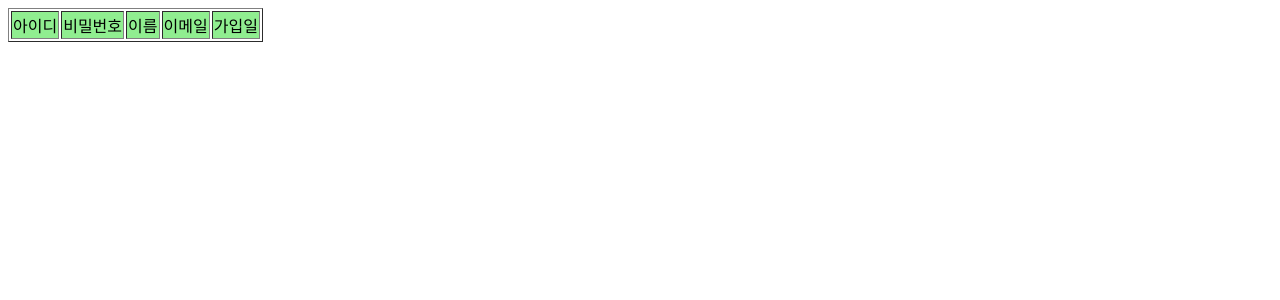
Repository: javaLearner13/servlet
Page: http://localhost/pro07/member2_2
The author's editor kept a copy of each file at every save. The page is drawn from the files as they stood at one save, then again after the next save.
The browser window is 1280 px wide. The pictures show the whole page.
The page is served by Tomcat 9. Other server files are loaded and not shown. Queries for data that is not in the repository find no rows.

Above is the page before, as saved 2023-02-16 01:58:09.

### pro07/src/sec02/ex02/MemberServlet.java
package sec02.ex02;

import java.io.IOException;
import java.io.PrintWriter;
import java.sql.Date;
import java.util.List;

import javax.servlet.ServletException;
import javax.servlet.annotation.WebServlet;
import javax.servlet.http.HttpServlet;
import javax.servlet.http.HttpServletRequest;
import javax.servlet.http.HttpServletResponse;

@WebServlet("/member2_2")
public class MemberServlet extends HttpServlet {
	private static final long serialVersionUID = 1L;

	protected void doGet(HttpServletRequest request, HttpServletResponse response) throws ServletException, IOException {
		// TODO Auto-generated method stub
//		response.getWriter().append("Served at: ").append(request.getContextPath());
//		request.setCharacterEncoding("utf-8"); // ...
		response.setContentType("text/html;charset=utf-8"); //need this so Korean letters show correctly
		PrintWriter out = response.getWriter();
		MemberDAO dao = new MemberDAO();
		List<MemberVO> list = dao.listMembers();

		out.print("<html><body>");
		out.print("<table border=1><tr align='center' bgcolor='lightgreen'>");
		out.print("<td>아이디</td><td>비밀번호</td><td>이름</td><td>이메일</td><td>가입일</td></tr>");

		for(int i=0;i<list.size();i++) {
			MemberVO memberVO = list.get(i);
			String id = memberVO.getId();
			String pwd = memberVO.getPwd();
			String name = memberVO.getName();
			String email = memberVO.getEmail();
			Date joinDate = memberVO.getJoinDate();
			out.print("<tr><td>"+id+"</td><td>"+pwd+"</td><td>"+name+"</td><td>"+email+"</td><td>"+joinDate+"</td></tr>");

		}
		out.print("</table></body></html>");

	}

}

### pro07/src/sec02/ex02/MemberDAO.java
package sec02.ex02;
//import java.sql.Statement;
//import java.sql.Connection;
//import java.sql.Date;
//import java.sql.DriverManager;
//import java.sql.ResultSet;
import java.sql.*;
import java.util.ArrayList;
import java.util.List;

import javax.naming.Context;
import javax.naming.InitialContext;
import javax.sql.DataSource;

public class MemberDAO {
	/*
	 * private static final String driver = "oracle.jdbc.OracleDriver"; private
	 * static final String url = "jdbc:oracle:thin:@localhost:1521:xe"; private
	 * static final String user = "owen"; private static final String pwd = "12345";
	 */

	private PreparedStatement pstmt;
	private Connection con;
	private DataSource dataFactory;

	public MemberDAO() {
		try {
			Context ctx = new InitialContext();
			Context envContext = (Context) ctx.lookup("java:/comp/env");
			dataFactory = (DataSource) envContext.lookup("jdbc/oracle");
		}catch(Exception e) {
			e.printStackTrace();
		}
	}

	public List<MemberVO> listMembers(){

		List<MemberVO> list = new ArrayList</* MemberVO */>();
		try {
//			connDB();
			con = dataFactory.getConnection();
			String query = "select * from t_member ";
			System.out.println("prepareStatement: "+query);

			pstmt = con.prepareStatement(query);
			ResultSet rs = pstmt.executeQuery(query);

			while(rs.next()) {
				String id = rs.getString("id");
				String pwd = rs.getString("pwd");
				String name = rs.getString("name");
				String email = rs.getString("email");
				Date joinDate = rs.getDate("joinDate");

				MemberVO vo = new MemberVO();
				vo.setId(id);
				vo.setPwd(pwd);
				vo.setName(name);
				vo.setEmail(email);
				vo.setJoinDate(joinDate);
				list.add(vo);
			}
			rs.close();
			pstmt.close();
			con.close();

		} catch(Exception e) {
			e.printStackTrace(); //in case of error, prints what kind
		}

		return list;
	}

	public void addMember(MemberVO memberVO) {
		try {
			con = dataFactory.getConnection();
			String id = memberVO.getId();
			String pwd = memberVO.getPwd();
			String name = memberVO.getName();
			String email = memberVO.getEmail();

			String query = "insert into t_member";
			query += " (id,pwd,name,email)";
			query += " values(?,?,?,?)";
			System.out.println("prepareStatement: "+query);
			pstmt = con.prepareStatement(query);
			pstmt.setString(1, id);
			pstmt.setString(2, pwd);
			pstmt.setString(3, name);
			pstmt.setString(4, email);
			pstmt.executeUpdate();
			pstmt.close();
		} catch (Exception e) {
			e.printStackTrace();
		}
	}

	public void delMember(String id) {
		try {
			con = dataFactory.getConnection();

			String query = "delete from t_member" + " where id = ?";
			System.out.println("prepareStatement: "+query);
			pstmt = con.prepareStatement(query);
			pstmt.setString(1, id);
			pstmt.executeUpdate();
			pstmt.close();

		}catch(Exception e) {
			e.printStackTrace();
		}
	}

	/*
	 * private void connDB() { try { Class.forName(driver);
	 * System.out.println("Oracle 드라이버 로딩 성공"); con =
	 * DriverManager.getConnection(url, user, pwd);
	 * System.out.println("Connection 생성 성공");
	 *
	 * } catch (Exception e) { e.printStackTrace(); } }
	 */
}

After the next save:
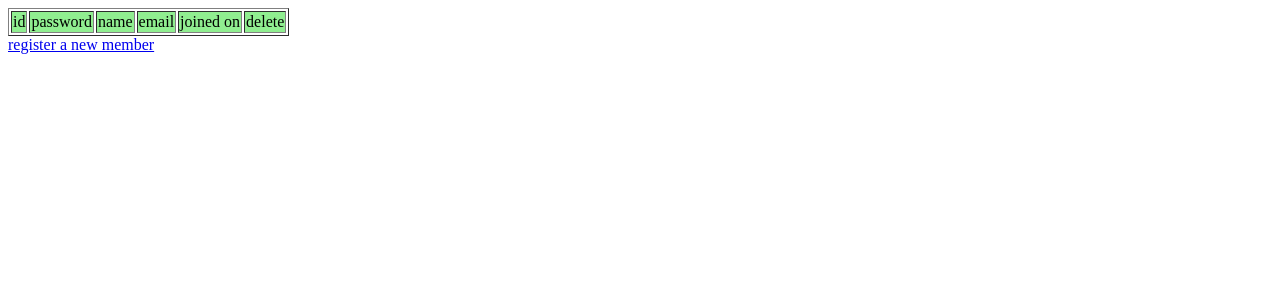
Saved 10 min 40 s later.
--- a/pro07/src/sec02/ex02/MemberServlet.java
+++ b/pro07/src/sec02/ex02/MemberServlet.java
@@ -15,30 +15,58 @@ import javax.servlet.http.HttpServletResponse;
 public class MemberServlet extends HttpServlet {
 	private static final long serialVersionUID = 1L;
 
-	protected void doGet(HttpServletRequest request, HttpServletResponse response) throws ServletException, IOException {
-		// TODO Auto-generated method stub
-//		response.getWriter().append("Served at: ").append(request.getContextPath());
-//		request.setCharacterEncoding("utf-8"); // ...
-		response.setContentType("text/html;charset=utf-8"); //need this so Korean letters show correctly
+	protected void doGet(HttpServletRequest request, HttpServletResponse response)
+			throws ServletException, IOException {
+		doHandle(request, response);
+	}
+
+	protected void doPost(HttpServletRequest request, HttpServletResponse response)
+			throws ServletException, IOException {
+		doHandle(request, response);
+	}
+
+	protected void doHandle(HttpServletRequest request, HttpServletResponse response)
+			throws ServletException, IOException {
+		request.setCharacterEncoding("utf-8");
+		response.setContentType("text/html;charset=utf-8");
+		MemberDAO dao = new MemberDAO();
 		PrintWriter out = response.getWriter();
-		MemberDAO dao = new MemberDAO();
+		String command = request.getParameter("command");
+
+		if (command != null && command.equals("addMember")) {
+			String _id = request.getParameter("id");
+			String _pwd = request.getParameter("pwd");
+			String _name = request.getParameter("name");
+			String _email = request.getParameter("email");
+			MemberVO vo = new MemberVO();
+			vo.setId(_id);
+			vo.setPwd(_pwd);
+			vo.setName(_name);
+			vo.setEmail(_email);
+			dao.addMember(vo);
+
+		}else if(command!=null&&command.equals("delMember")) {
+			String id = request.getParameter("id");
+			dao.delMember(id);
+
+		}
 		List<MemberVO> list = dao.listMembers();
-
 		out.print("<html><body>");
 		out.print("<table border=1><tr align='center' bgcolor='lightgreen'>");
-		out.print("<td>아이디</td><td>비밀번호</td><td>이름</td><td>이메일</td><td>가입일</td></tr>");
+		out.print("<td>id</td><td>password</td><td>name</td><td>email</td><td>joined on</td><td>delete</td></tr>");
 
 		for(int i=0;i<list.size();i++) {
-			MemberVO memberVO = list.get(i);
+			MemberVO memberVO = (MemberVO) list.get(i);
 			String id = memberVO.getId();
 			String pwd = memberVO.getPwd();
 			String name = memberVO.getName();
 			String email = memberVO.getEmail();
 			Date joinDate = memberVO.getJoinDate();
-			out.print("<tr><td>"+id+"</td><td>"+pwd+"</td><td>"+name+"</td><td>"+email+"</td><td>"+joinDate+"</td></tr>");
-
+			out.print("<tr><td>"+id+"</td><td>"+pwd+"</td><td>"+name+"</td><td>"+"<a href='/pro07/member3?command=delMember&id="+id+"'>delete</a></td></tr>");
 		}
 		out.print("</table></body></html>");
+		out.print("<a href = '/pro07/memberForm.html'>register a new member</a>");
+
 
 	}
 
